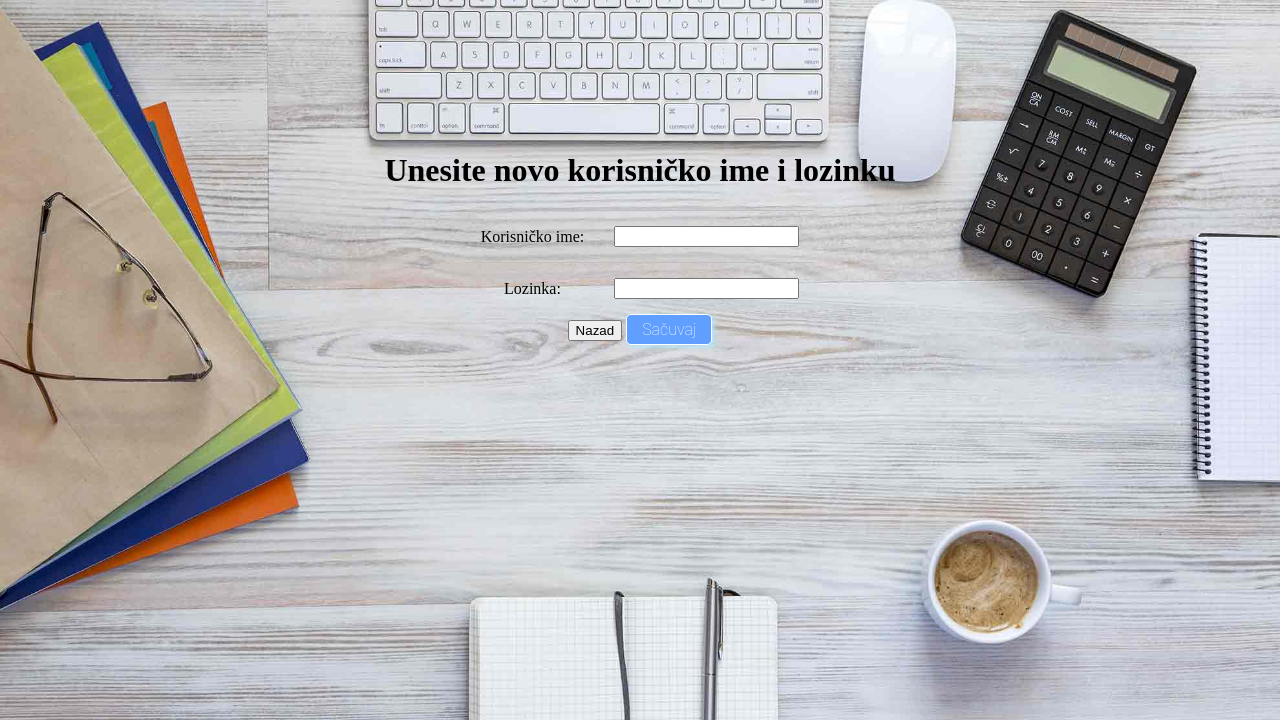
Repository: KristijanPetkovic/java-applet-video-library
Page: Projekti/www.videoteka.com/WebContent/noviKorisnik.html
These files come from the project's save history. The page is drawn as it stood at one moment and after the next save; the edit follows.
The browser window is 1280 px wide. The pictures show the whole page.

Above is the page before, as saved 2019-01-09 21:37:05.

### Projekti/www.videoteka.com/WebContent/noviKorisnik.html
<!DOCTYPE html>
<html>
	<head>
		<meta http-equiv="content-type" content="text/html; charset=utf-8">
		<title>Otvaranje naloga</title>
		<link rel="stylesheet" href="noviKorisnik.css" >
	</head>
	<body>
		<h1 id="naslov">Unesite novo korisničko ime i lozinku</h1>
		<form action="NoviKorisnikServlet" method="post">
			<table class="center" cellpadding="15px">
				<tr>
					<td>Korisničko ime: </td>
					<td> <input name="ime" type="text"> </td>
				</tr>
				<tr>
					<td>Lozinka: </td>
					<td> <input name="sifra" type="text"> </td>
				</tr>
			</table>
			<input type="button" onclick="location.href='logovanje.html';" value="Nazad" />
			<input class="color-change" name="sačuvaj" type="submit" value="Sačuvaj">
		</form>
	</body>
</html>

### Projekti/www.videoteka.com/WebContent/noviKorisnik.css
#naslov{
    margin-top:12%;
    }
table.center {
    margin-left:auto;
    margin-right:auto;
    cellpadding:15px;
  }
body {
  background: url(poz.jpg);
  background-repeat:no-repeat;
  background-size:cover;
  text-align:center;
  }
table{
	border-color: rgb(0,0,0);

	border-collapse: collapse;
}
th{
	color: rgb(255, 255, 255);
	background: rgb(0, 0, 0);
	collspan: 2;
}
td{
	border-top: 1pt solid silver;
	padding: 10;
}
ttr:nth-child(odd){
	background: rgb(255, 255, 255);
}
tr:hover{
	background: rgb(96, 158, 255);
}
input:focus{
	background-color: rgb(255, 255, 179);
	border-color: rgb(186, 186, 186);
}
.color-change {
  border-radius: 5px;
  font-size: 20px;
  padding: 5px 15px;
  cursor: pointer;
  color: #fff;
  background-color: rgb(96, 158, 255);
  font-size: 1rem;
  font-family: 'Roboto';
  font-weight: 100;
  border: 1px solid #fff;
  box-shadow: 2px 2px 5px #AFE9FF;
  transition-duration: 0.5s;
  -webkit-transition-duration: 0.5s;
  -moz-transition-duration: 0.5s;
}
.color-change:hover {
  color: #006398;
  border: 1px solid #006398;
  box-shadow: 2px 2px 20px #AFE9FF;
}

button.color-change {
  -webkit-appearance: none;
  -moz-appearance: none;
}

After the next save:
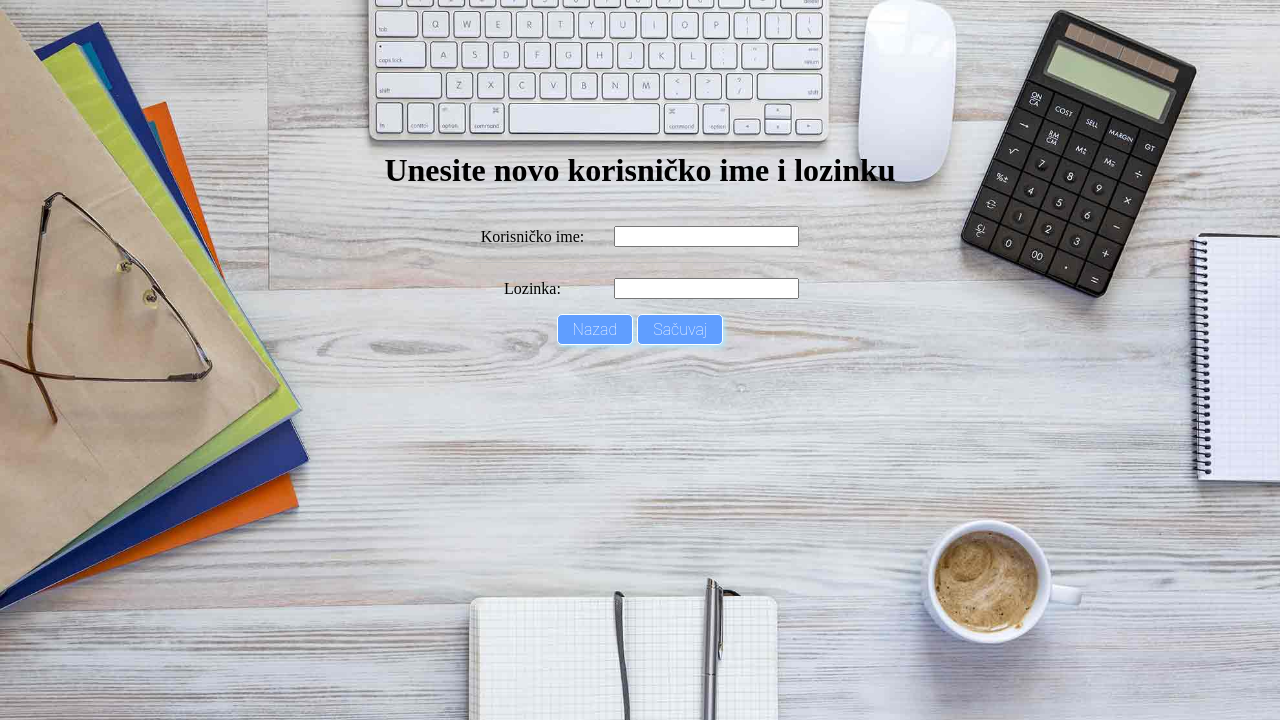
Saved 11 s later.
--- a/Projekti/www.videoteka.com/WebContent/noviKorisnik.html
+++ b/Projekti/www.videoteka.com/WebContent/noviKorisnik.html
@@ -18,7 +18,7 @@
 					<td> <input name="sifra" type="text"> </td>
 				</tr>
 			</table>
-			<input type="button" onclick="location.href='logovanje.html';" value="Nazad" />
+			<input class="color-change" type="button" onclick="location.href='logovanje.html';" value="Nazad" />
 			<input class="color-change" name="sačuvaj" type="submit" value="Sačuvaj">
 		</form>
 	</body>
